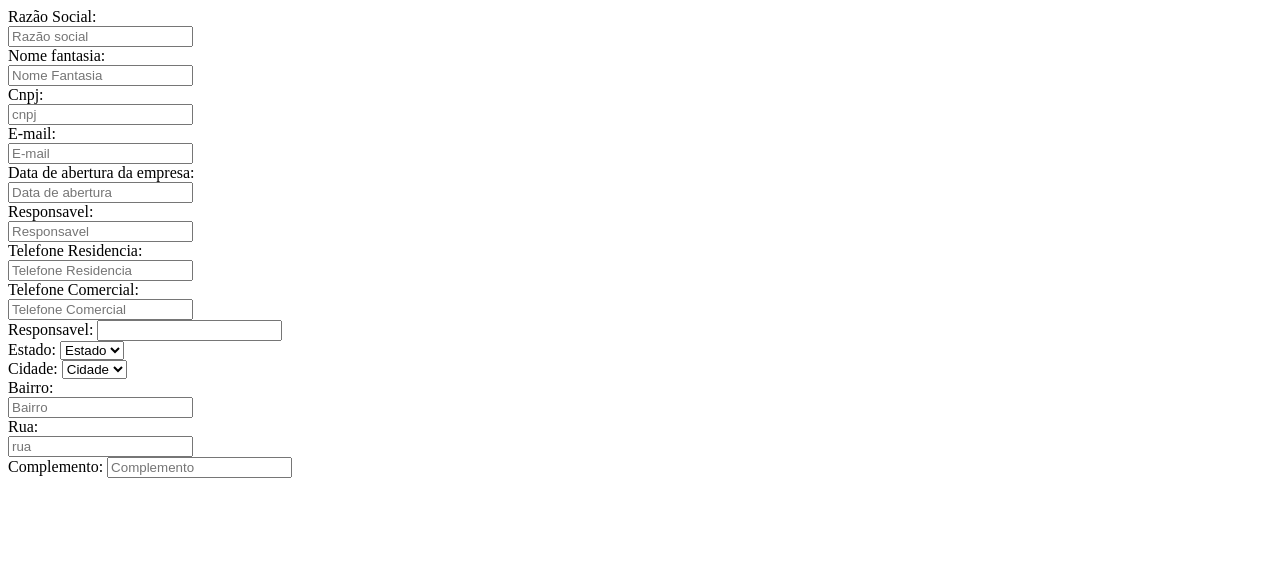
Repository: samaelsimoes/ong-cepe
Page: ong-cepe/WebContent/privado/formulario/pesjuridica.html
An editor plug-in stored every save of this project. The page is shown before and after a run of saves, followed by the edit.
The browser window is 1280 px wide. The pictures show the whole page.

Above is the page before, as saved 2017-08-13 19:21:06.

After the next 3 saves:
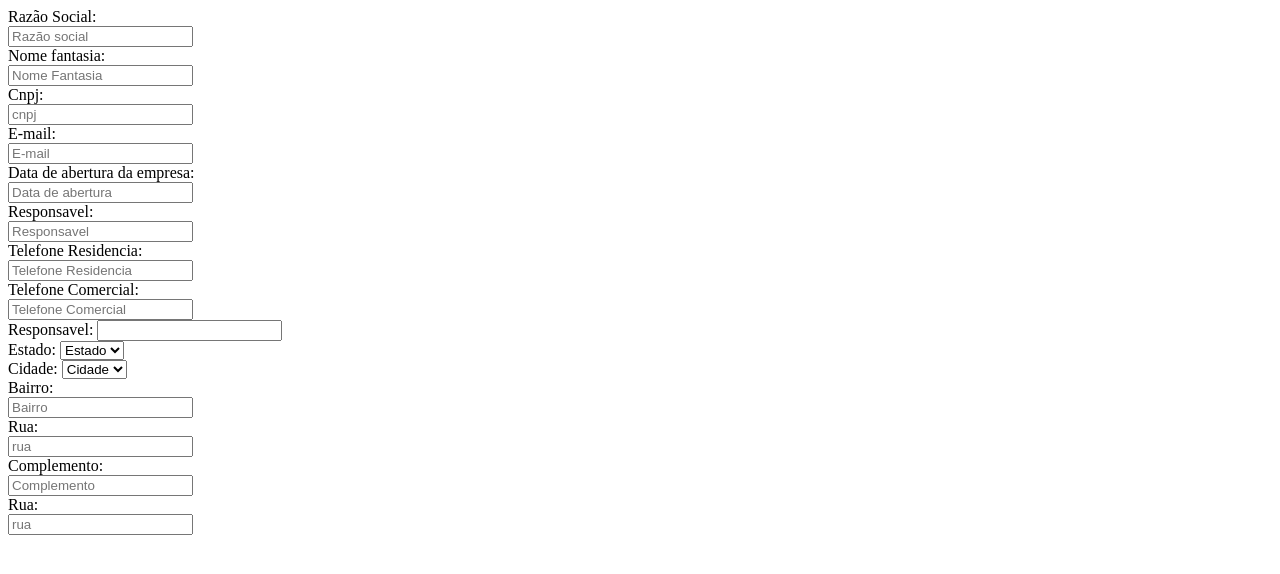
The 3 saves are shown as one change because they came seconds apart.
The last was saved 44 s later.
--- a/ong-cepe/WebContent/privado/formulario/pesjuridica.html
+++ b/ong-cepe/WebContent/privado/formulario/pesjuridica.html
@@ -124,10 +124,20 @@
 </div>
 
  <div class="form-group row">
-    <div class="col-xs-6 col-md-10">
+    <div class="col-xs-6 col-md-5">
+        <label for="bairro" class="col-2 col-form-label">Complemento:</label>
 
-        <label for="complemento" class="col-2 col-form-label">Complemento:</label>
+       <div class="col-10">
+            <input class="form-control" type="text"  id="complemento" placeholder="Complemento">
+        </div>
+    </div>
+    <div class="col-xs-6 col-md-5 coll-md-offset-2">
 
-        <input class="form-control" type="text" id="complemento" placeholder="Complemento">
+        <label for="rua" class="col-2 col-form-label">Rua:</label>
+
+        <div class="col-10">
+
+            <input class="form-control" type="text" id="rua" placeholder="rua">
+        </div>
     </div>
 </div>
